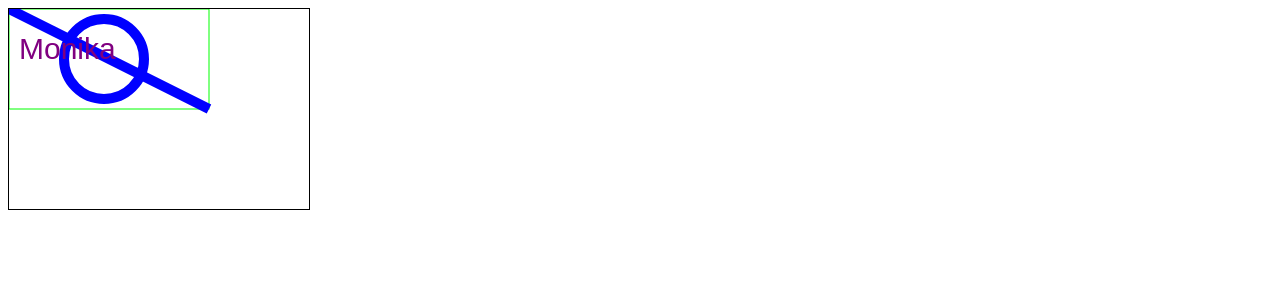
Repository: BhardwajMonika/core-java
Page: HTML2/WebContent/Canvas1.html
These files come from the project's save history. The page is drawn as it stood at one moment and after the next save; the edit follows.
The browser window is 1280 px wide. The pictures show the whole page.

Above is the page before, as saved 2019-02-27 09:36:03.

### HTML2/WebContent/Canvas1.html
<!DOCTYPE html>
<html>
<head>


<meta charset="ISO-8859-1">
<title>canvas</title>
</head>
<body>

	<canvas id="myCanvas" width="300" height="200"
		style="border: 1px solid #000000;">
</canvas>
<script>
	var c = document.getElementById("myCanvas");
	var ctx = c.getContext("2d");


	ctx.drawStyle = "#FF0000";
	ctx.strokeStyle="#00FF00";
	ctx.strokeRect(0, 0, 200, 100);

	ctx.beginPath();
	ctx.strokeStyle="#FF0000"
	ctx.arc(95,50,40,0,2*Math.PI);
	ctx.stroke();

	ctx.moveTo(0,0);
	ctx.lineTo(200,100);
	ctx.lineWidth=10;

	ctx.strokeStyle='#0000ff';
	ctx.stroke();

	ctx.font="30px Arial";
	ctx.fillStyle='purple';
	ctx.fillText("Monika",10,50);
</script>

</body>
</html>

After the next save:
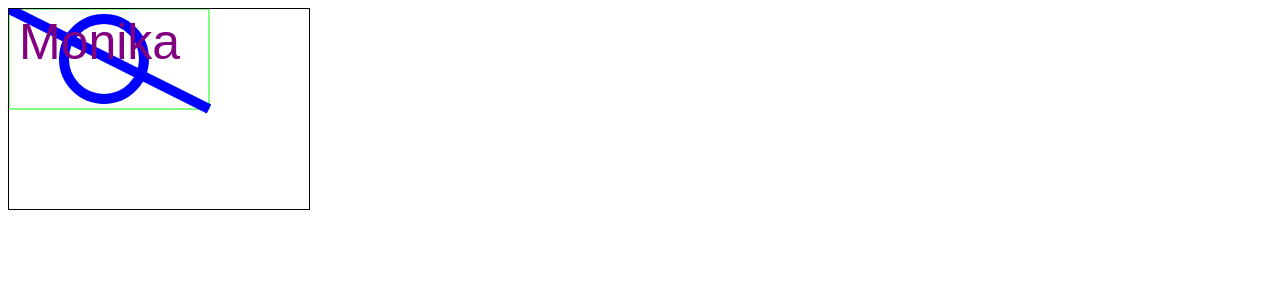
Saved 15 s later.
--- a/HTML2/WebContent/Canvas1.html
+++ b/HTML2/WebContent/Canvas1.html
@@ -32,7 +32,7 @@
 	ctx.strokeStyle='#0000ff';
 	ctx.stroke();
 
-	ctx.font="30px Arial";
+	ctx.font="50px Arial";
 	ctx.fillStyle='purple';
 	ctx.fillText("Monika",10,50);
 </script>
